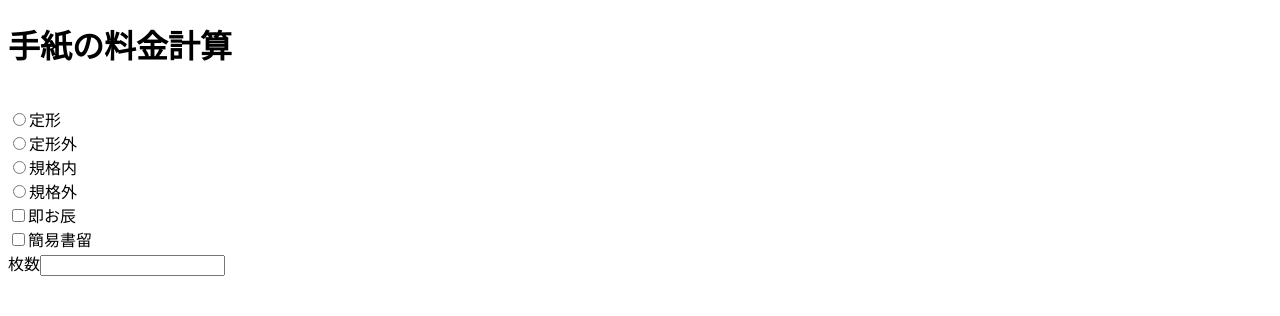
Repository: aiueo20/18ca0155
Page: SSP/kadai0601/WebContent/login.html
The author's editor kept a copy of each file at every save. The page is drawn from the files as they stood at one save, then again after the next save.
The browser window is 1280 px wide. The pictures show the whole page.

Above is the page before, as saved 2019-01-15 02:52:50.

### SSP/kadai0601/WebContent/login.html
<!DOCTYPE html>
<html>
<head>
<meta charset="UTF-8">
<title>Insert title here</title>
</head>
<body>

<h1>手紙の料金計算</h1><br>
<input type="radio" name="teikei" value="定形">定形<br>
<input type="radio" name="teikeigai" value="定形外">定形外<br>
<input type="radio" name="kikakunai" value="規格内">規格内<br>
<input type="radio" name="kikakugai" value="規格外">規格外<br>
<input type="checkbox" name="sokutatu" value="速達">即お辰<br>
<input type="checkbox" name="kannikakidome" value="簡易書留">簡易書留<br>
枚数<input type="text" name="maisu">


</body>
</html>

After the next save:
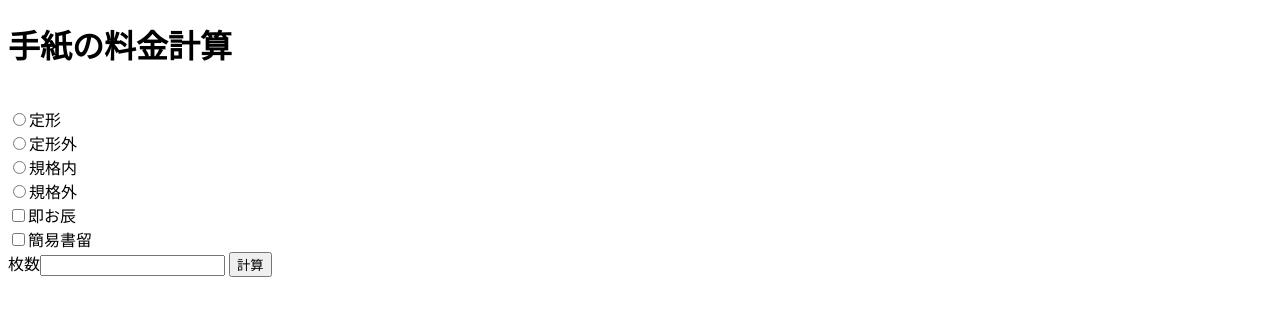
Saved 27 s later.
--- a/SSP/kadai0601/WebContent/login.html
+++ b/SSP/kadai0601/WebContent/login.html
@@ -14,6 +14,7 @@
 <input type="checkbox" name="sokutatu" value="速達">即お辰<br>
 <input type="checkbox" name="kannikakidome" value="簡易書留">簡易書留<br>
 枚数<input type="text" name="maisu">
+<input type="submit" value="計算">
 
 
 </body>
